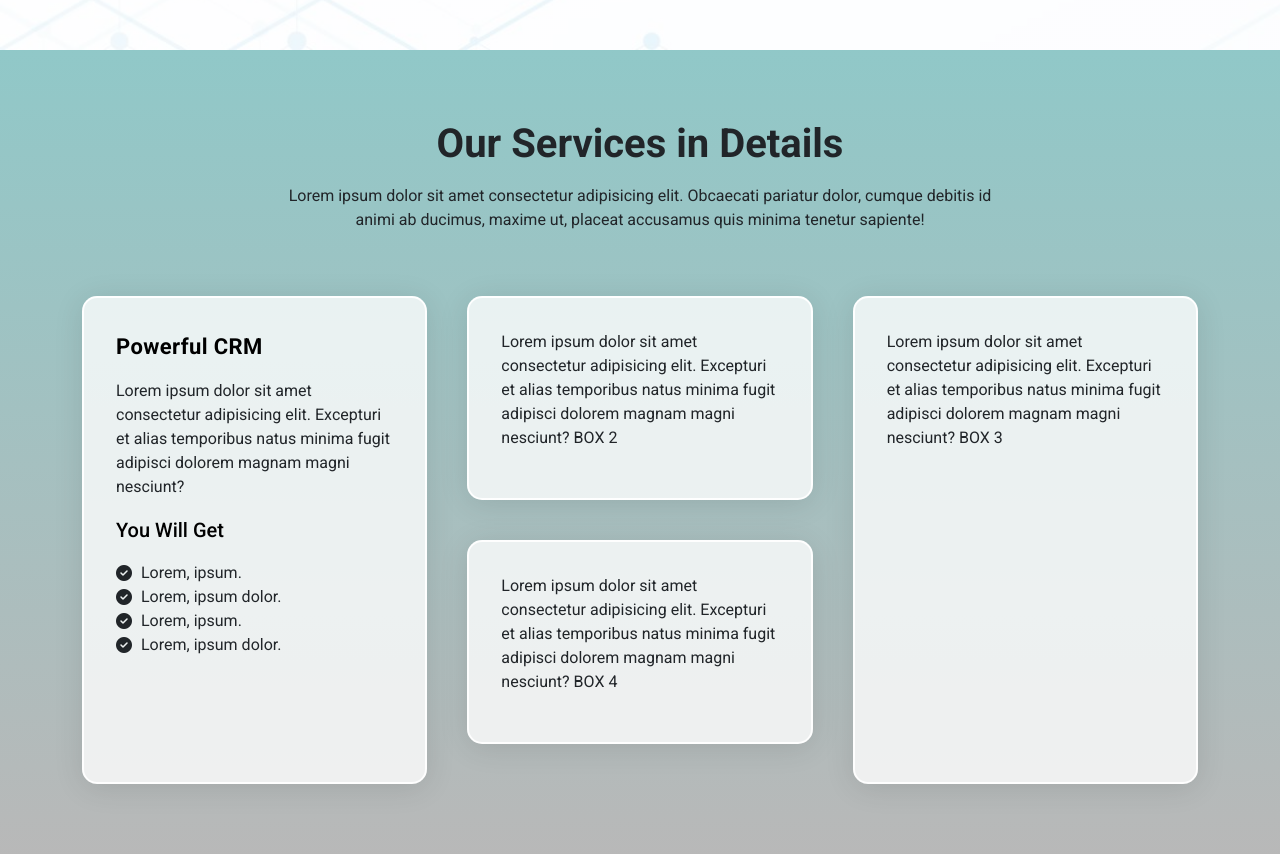
Repository: nazmulalok/landing-page-angelio
Page: index.html
These files come from the project's save history. The page is drawn as it stood at one moment and after the next save; the edit follows.
The browser window is 1280 px wide. The pictures show the part of the page from y = 2012 to 2866 px (the page is 2866 px tall).
A picture or video elsewhere on the page could not be fetched, so the positions and the page height are approximate.

Above is the page before, as saved 2022-09-22 11:22:51.

### index.html
<!DOCTYPE html>
<html lang="en">

    <head>
        <meta charset="UTF-8">
        <meta http-equiv="X-UA-Compatible" content="IE=edge">
        <meta name="viewport" content="width=device-width, initial-scale=1.0">
        <title>Landing Page</title>
        <link rel="preconnect" href="https://fonts.googleapis.com">
        <link rel="preconnect" href="https://fonts.gstatic.com" crossorigin>
        <link rel="stylesheet" href="https://cdnjs.cloudflare.com/ajax/libs/font-awesome/6.2.0/css/all.min.css"
            integrity="sha512-xh6O/CkQoPOWDdYTDqeRdPCVd1SpvCA9XXcUnZS2FmJNp1coAFzvtCN9BmamE+4aHK8yyUHUSCcJHgXloTyT2A=="
            crossorigin="anonymous" referrerpolicy="no-referrer" />
        <link
            href="https://fonts.googleapis.com/css2?family=Roboto:ital,wght@0,300;0,400;0,500;0,700;0,900;1,300;1,400;1,500;1,700;1,900&display=swap"
            rel="stylesheet">
        <link href="https://cdn.jsdelivr.net/npm/bootstrap@5.2.0/dist/css/bootstrap.min.css" rel="stylesheet"
            integrity="sha384-gH2yIJqKdNHPEq0n4Mqa/HGKIhSkIHeL5AyhkYV8i59U5AR6csBvApHHNl/vI1Bx" crossorigin="anonymous">
        <link rel="stylesheet" href="style.css">
    </head>

    <body>
        <header>
            <nav>
                <div class="container">
                    <div class="row align-items-center">
                        <div class="col-lg-3">
                            <div class="logo">
                                <a href="/"><img src="images/angelio-logo.png" alt="Angelio Logo" width="250"
                                        height="66"></a>
                            </div>
                        </div>
                        <div class="col-lg-9 d-flex justify-content-end">
                            <ul>
                                <li><a href="/">Home</a></li>
                                <li><a href="/services.html">Services</a></li>
                                <li><a href="/about-us.html">About Us</a></li>
                                <li><a href="/contact.html">Contact</a></li>
                                <li class="nav-cta"><a href="tel:000-000-0000">Call Us</a></li>
                            </ul>
                        </div>
                    </div>
                </div>
            </nav>
        </header>
        <section class="sec-padding banner-sec">
            <div class="container">
                <div class="row align-items-center">
                    <div class="col-lg-7 order-lg-last">
                        <img src="images/angelio-digital-marketing.png" alt="">
                    </div>
                    <div class="col-lg-5">
                        <div class="large-heading">We Work in <span class="color-text">Digital</span> Way</div>
                        <p>Lorem, ipsum dolor sit amet consectetur adipisicing elit. Necessitatibus fuga alias deleniti
                            veniam at aspernatur.</p>
                        <div class="d-flex align-items-center mt-5"><a href="/contact-us" class="main-btn me-5">Get
                                Estimate</a>
                            <a href="/contact-us" class="play-btn"><i class="fas fa-play me-3"></i>Request Demo</a>
                        </div>
                    </div>
                </div>
            </div>
        </section>
        <section class="sec-padding">
            <div class="container">
                <div class="row justify-content-center">
                    <div class="col-md-8">
                        <div class="text-center">
                            <h1>
                                Our Best Digital Marketing Service
                            </h1>
                            <p>Lorem ipsum, dolor sit amet consectetur adipisicing elit. Placeat sunt
                                libero
                                tempore? Sed obcaecati a voluptate voluptates nam. Expedita, incidunt?</p>
                        </div>
                    </div>
                </div>
                <div class="row align-items-center mt-5">
                    <div class="col-lg-3">
                        <div class="service-box">
                            <div class="service-icon">
                                <img src="images/content-marketing.png" alt="Content Marketing">
                            </div>
                            <div class="service-content">
                                <a href="#">Content Marketing</a>
                                <p>Lorem ipsum dolor sit amet consectetur adipisicing elit. Fugiat, earum!</p>
                            </div>
                        </div>
                    </div>
                    <div class="col-lg-3">
                        <div class="service-box">
                            <div class="service-icon">
                                <img src="images/social-marketing.png" alt="Social Marketing">
                            </div>
                            <div class="service-content">
                                <a href="#">Social Marketing</a>
                                <p>Lorem ipsum dolor sit amet consectetur adipisicing elit. Fugiat, earum!</p>
                            </div>
                        </div>
                    </div>
                    <div class="col-lg-3">
                        <div class="service-box">
                            <div class="service-icon">
                                <img src="images/email-marketing.png" alt="Email Marketing">
                            </div>
                            <div class="service-content">
                                <a href="#">Email Marketing</a>
                                <p>Lorem ipsum dolor sit amet consectetur adipisicing elit. Fugiat, earum!</p>
                            </div>
                        </div>
                    </div>
                    <div class="col-lg-3">
                        <div class="service-box">
                            <div class="service-icon">
                                <img src="images/web-marketing.png" alt="Web Marketing">
                            </div>
                            <div class="service-content">
                                <a href="#">Web Marketing</a>
                                <p>Lorem ipsum dolor sit amet consectetur adipisicing elit. Fugiat, earum!</p>
                            </div>
                        </div>
                    </div>
                </div>
            </div>
        </section>
        <section class="sec-padding why-choose-sec">
            <div class="container">
                <div class="row align-items-center">
                    <div class="col-lg-6">
                        <div class="image-holder">
                            <img src="images/why-choose.jpg" alt="Why Choose Angelio">
                        </div>
                    </div>
                    <div class="col-lg-6">
                        <span class="arrow-text">Why Choose Us</span>
                        <h2>Why Working With <span class="color-text">ANGELIO</span>?</h2>
                        <p class="grey-color">Lorem ipsum dolor sit amet consectetur adipisicing elit. Quisquam
                            perspiciatis cupiditate atque ad labore laudantium ab hic, quaerat voluptas repellendus
                            aliquam. Maxime et recusandae nostrum cum labore, sint obcaecati doloremque.</p>
                        <div class="content-box d-flex align-items-center p-2 mb-3">
                            <img src="images/quality-lead.png" alt="Quality Lead">
                            <div class="ms-4">
                                <div class="content-heading">Quality Lead Generation</div>
                                <p class="grey-color mb-0">Lorem ipsum dolor sit amet consectetur adipisicing elit. Vel,
                                    distinctio
                                    delectus.
                                    Dicta distinctio obcaecati voluptatum.</p>
                            </div>
                        </div>
                        <div class="content-box d-flex align-items-center p-2 mb-3">
                            <img src="images/custom-web-design.png" alt="Custom Web Design">
                            <div class="ms-4">
                                <div class="content-heading">Custom Web Design</div>
                                <p class="grey-color mb-0">Lorem ipsum dolor sit amet consectetur adipisicing elit. Vel,
                                    distinctio
                                    delectus.
                                    Dicta distinctio obcaecati voluptatum.</p>
                            </div>
                        </div>
                        <div class="content-box d-flex align-items-center p-2 mb-3">
                            <img src="images/affordable-project-price.png" alt="Affordable Project Price">
                            <div class="ms-4">
                                <div class="content-heading">Affordable Project Price</div>
                                <p class="grey-color mb-0">Lorem ipsum dolor sit amet consectetur adipisicing elit. Vel,
                                    distinctio
                                    delectus.
                                    Dicta distinctio obcaecati voluptatum.</p>
                            </div>
                        </div>
                    </div>
                </div>
            </div>
        </section>
        <section class="sec-padding service-details-sec">
            <div class="container">
                <div class="row justify-content-center mb-5">
                    <div class="col-md-8">
                        <div class="text-center">
                            <h2>Our Services in Details</h2>
                            <p>Lorem ipsum dolor sit amet consectetur adipisicing elit. Obcaecati pariatur dolor, cumque
                                debitis id animi ab ducimus, maxime ut, placeat accusamus quis minima tenetur sapiente!
                            </p>
                        </div>
                    </div>
                </div>
                <div class="service-details-grid">
                    <div class="service-details-box main-service-card">
                        <div class="details-title">
                            Powerful CRM
                        </div>
                        <p>Lorem ipsum dolor sit amet consectetur adipisicing elit. Excepturi et alias temporibus natus
                            minima fugit adipisci dolorem magnam magni nesciunt?</p>
                        <div class="details-heading">
                            You Will Get
                        </div>
                        <ul class="check-list">
                            <li>Lorem, ipsum.</li>
                            <li>Lorem, ipsum dolor.</li>
                            <li>Lorem, ipsum.</li>
                            <li>Lorem, ipsum dolor.</li>
                        </ul>
                    </div>
                    <div class="service-details-box">

                        <p>Lorem ipsum dolor sit amet consectetur adipisicing elit. Excepturi et alias temporibus natus
                            minima fugit adipisci dolorem magnam magni nesciunt? BOX 2</p>
                    </div>
                    <div class="service-details-box main-service-card">

                        <p>Lorem ipsum dolor sit amet consectetur adipisicing elit. Excepturi et alias temporibus natus
                            minima fugit adipisci dolorem magnam magni nesciunt? BOX 3</p>
                    </div>
                    <div class="service-details-box">

                        <p>Lorem ipsum dolor sit amet consectetur adipisicing elit. Excepturi et alias temporibus natus
                            minima fugit adipisci dolorem magnam magni nesciunt? BOX 4</p>
                    </div>
                </div>
            </div>
        </section>


        <script src="https://cdn.jsdelivr.net/npm/bootstrap@5.2.0/dist/js/bootstrap.bundle.min.js"
            integrity="sha384-A3rJD856KowSb7dwlZdYEkO39Gagi7vIsF0jrRAoQmDKKtQBHUuLZ9AsSv4jD4Xa"
            crossorigin="anonymous"></script>
    </body>

</html>

### style.css
:root {
    --primary-color: #52a9a9;
    --secondary-color: #000000;
    --third-color: #575757d6;
    --main-font: 'Roboto', sans-serif;
}

body {
    font-family: var(--main-font);
}

nav {
    padding: 10px 0px;
    box-shadow: 0 1px 1px 1px #14477e2b;
}

nav ul {
    list-style-type: none;
    display: flex;
    justify-content: flex-end;
    margin: 0;
    padding: 0;
    align-items: center;
    gap: 20%;
    white-space: nowrap;
}

nav ul li a {
    color: #080808;
    text-decoration: none;
    display: block;
    position: relative;
    font-weight: 500;
    font-size: 17px;
}

nav ul li a:hover {
    color: #52a9a9;
}

li.nav-cta a {
    background: #008080ad;
    padding: 15px 40px;
    color: #fff;
    border-radius: 20px 5px;
    transition: all 0.3s ease;
}

li.nav-cta a:hover {
    background: #000;
    color: #fff;
    border-radius: 5px 20px;
    transition: all 0.3s ease;
}

li.nav-cta a:before {
    content: "";
    width: 0%;
    height: 0px;
    position: absolute;
    left: 0;
    bottom: 0;
    transition: none;
    transform: none;
    background: none;
    transform-origin: 0%;
}

li.nav-cta a:hover:before {
    transform: none;
    transform-origin: 0%;
}

nav ul li a:before {
    content: "";
    width: 100%;
    height: 2px;
    position: absolute;
    left: 0;
    bottom: 0;
    transition: 0.4s transform ease;
    transform: scale3d(0, 1, 1);
    background: #52a9a9;
    transform-origin: 100% 50%;
}

nav ul li a:hover::before {
    transform: scale3d(1, 1, 1);
    transform-origin: 0 50%;
}

.sec-padding {
    padding: 70px 0px;
}

.banner-sec {
    background-image: linear-gradient(rgb(82 169 169 / 5%), rgb(82 169 169 / 10%));
    background-size: cover;
    background-position: center;
}

.banner-sec img {
    width: 100%;
}

.large-heading {
    font-size: 80px;
    color: #000;
    font-weight: 600;
    letter-spacing: 0.8px;
    line-height: normal;
    margin-bottom: 25px;
}

.banner-sec p {
    font-size: 18px;
}

.color-text {
    color: var(--primary-color);
}

a.main-btn {
    color: #fff;
    background: #52a9a9;
    padding: 15px 40px;
    font-weight: 500;
    font-size: 18px;
    text-decoration: none;
    border-radius: 20px 5px;
    transition: all 0.3s ease;
}

a.main-btn:hover {
    background: #000;
    color: #fff;
    border-radius: 5px 20px;
    transition: all 0.3s ease;
}

a.play-btn {
    display: inline-flex;
    align-items: center;
    justify-content: center;
    color: #000;
    text-decoration: none;
    font-weight: 500;
    font-size: 18px;
}

.play-btn .fa-play {
    width: 40px;
    height: 40px;
    color: #fff;
    font-size: 20px;
    background: #000;
    display: inline-flex;
    align-items: center;
    justify-content: center;
    border-radius: 50%;
    transition: all 0.3s ease;
}

.play-btn:hover i {
    background: var(--primary-color);
}

/* Headings */

h1 {
    font-size: 44px;
}

h2 {
    font-size: 40px;
}

h3 {
    font-size: 36px;
}

h4 {
    font-size: 32px;
}

h5 {
    font-size: 28px;
}

h6 {
    font-size: 24px;
}

h1,
h2,
h3,
h4,
h5,
h6 {
    margin-bottom: 1rem;
    font-weight: 700;
}

/* Service Box */

.service-box {
    position: relative;
    background: rgb(197 214 214 / 20%);
    padding: 40px 30px;
    box-shadow: 0px -6px 10px white, 0px 4px 15px rgb(0 0 0 / 27%);
    border: 1px solid #00000030;
    border-radius: 5px;
}

.service-box:after {
    position: absolute;
    content: "";
    height: 20%;
    width: 20%;
    bottom: 5px;
    right: 5px;
    border-bottom-right-radius: 5px;
    border-bottom: 5px solid var(--primary-color);
    border-right: 5px solid var(--primary-color);
    transition: all 1s ease;
}

.service-box:hover:after {
    height: 30%;
    width: 30%;
    bottom: 5px;
    right: 5px;
    border-bottom-right-radius: 5px;
    border-bottom: 5px solid var(--primary-color);
    border-right: 5px solid var(--primary-color);
    transition: all 1s ease;
}

.service-box .service-icon {
    width: 80px;
    height: 80px;
    margin-bottom: 10px;
}

.service-box .service-icon img {
    width: 65px;
}

.service-box .service-content a {
    display: inline-block;
    color: #000;
    font-size: 20px;
    font-weight: 600;
    text-decoration: none;
    margin-bottom: 8px;
}

.service-box:hover .service-content a {
    color: var(--primary-color);
}

.service-box .service-content p {
    color: var(--third-color);
}

/* Why Choose Section */

.why-choose-sec {
    background-image: linear-gradient(to right, rgb(255 255 255 / 75%), rgb(255 255 255 / 75%)), url(images/why-choose-bg.jpg);
    background-repeat: no-repeat;
    background-size: cover;
}

span.arrow-text {
    display: inline-block;
    font-size: 25px;
    color: var(--primary-color);
    font-weight: 600;
    margin-bottom: 5px;
    position: relative;
    padding-left: 50px;
}

span.arrow-text:before {
    content: "";
    background: url(images/right-arrow.png);
    width: 35px;
    height: 35px;
    background-size: cover;
    top: 2px;
    left: 0px;
    position: absolute;
}

.grey-color {
    color: var(--third-color);
}

.content-box {
    border: 1px solid var(--primary-color);
    border-radius: 5px;
    box-shadow: 0px -6px 10px white, 0px 4px 15px rgb(0 0 0 / 27%);
    background: #fff;
}

.content-box img {
    width: 80px;
    border: 1px solid var(--primary-color);
    padding: 5px;
    border-radius: 5px;
}

.content-box .content-heading {
    font-size: 22px;
    color: var(--primary-color);
    font-weight: 500;
    margin-bottom: 5px;
}

/* Image Holder */

.image-holder {
    transition: all 0.3s ease;
    text-align: center;
}

.image-holder img {
    border-radius: 5px;
    max-width: 100%;
}

/* Service Details Box */

.service-details-sec {
    background-image: linear-gradient(rgb(82 169 169 / 64%), rgb(1 1 1 / 28%));
}

.service-details-grid {
    display: grid;
    width: 100%;
    grid-auto-columns: 1fr;
    grid-gap: 40px;
    grid-template-columns: 1fr 1fr 1fr;
    grid-template-rows: auto auto;
    /* -webkit-transition: all 0.3s ease-in-out; */
    transition: all 0.3s ease-in-out;
}

.service-details-box {
    padding: 2rem;
    background: #ffffffc7;
    border-radius: 15px;
    box-shadow: 0 4px 30px rgb(0 0 0 / 10%);
    border: 2px solid rgb(255 255 255 / 94%);
}

.main-service-card {
    grid-row-end: span 3;
}

.service-details-icon i {
    width: 45px;
    height: 45px;
    font-size: 22px;
    background: #52a9a959;
    display: flex;
    justify-content: center;
    align-items: center;
    border: 1px solid rgb(0 0 0 / 94%);
    border-radius: 15px;
    color: #000000db;
}

.service-details-box .details-title {
    font-size: 22px;
    font-weight: 600;
    letter-spacing: 0.4px;
    margin-bottom: 1rem;
    color: #000;
}

.service-details-box .details-heading {
    font-size: 20px;
    color: #000;
    font-weight: 500;
    margin-bottom: 1rem;
}

.check-list {
    position: relative;
    margin: 0px;
    list-style-type: none;
    padding-left: 0;
}

.check-list li {
    position: relative;
    padding-left: 25px;
}

.check-list li:before {
    position: absolute;
    top: 0;
    left: 0;
    content: "\f058";
    font-family: 'fontawesome';
}

After the next save:
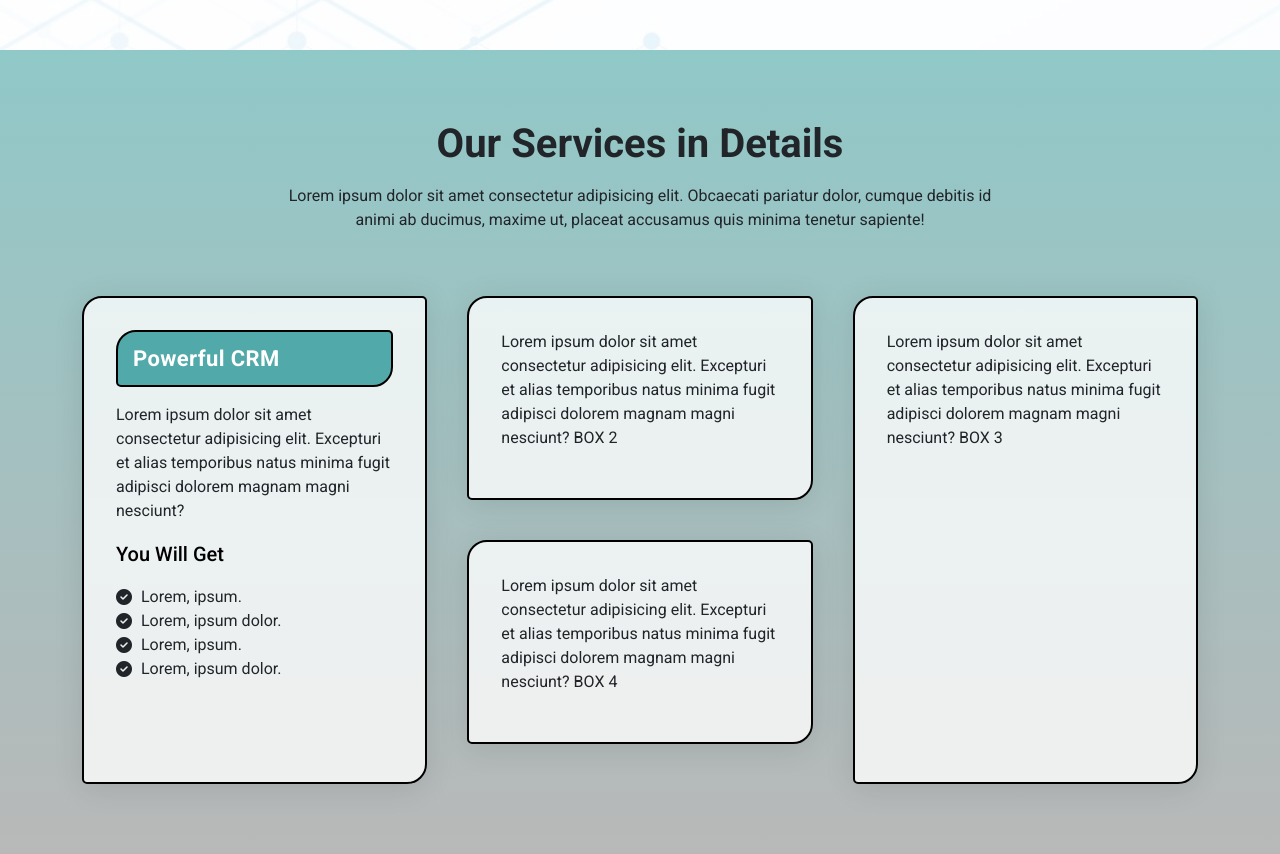
Saved 49 min 15 s later.
--- a/style.css
+++ b/style.css
@@ -349,9 +349,9 @@ span.arrow-text:before {
 .service-details-box {
     padding: 2rem;
     background: #ffffffc7;
-    border-radius: 15px;
+    border-radius: 20px 5px;
     box-shadow: 0 4px 30px rgb(0 0 0 / 10%);
-    border: 2px solid rgb(255 255 255 / 94%);
+    border: 2px solid #000;
 }
 
 .main-service-card {
@@ -376,7 +376,11 @@ span.arrow-text:before {
     font-weight: 600;
     letter-spacing: 0.4px;
     margin-bottom: 1rem;
-    color: #000;
+    color: #fff;
+    background: #52a9a9;
+    padding: 10px 15px;
+    border-radius: 20px 5px;
+    border: 2px solid #000;
 }
 
 .service-details-box .details-heading {
